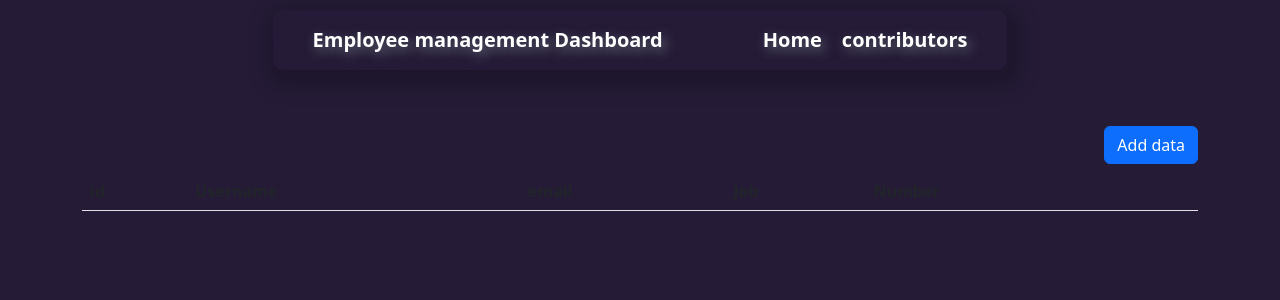
Repository: iamevs/Employee-Management-System
Page: /home (app in client/)
The author's editor kept a copy of each file at every save. The page is drawn from the files as they stood at one save, then again after the next save.
The browser window is 1280 px wide. The pictures show the whole page.
The page's requests for data from a server got no answer. The project was rebuilt for these pictures with package versions that can differ from the ones it lists, and the page was loaded fresh each time. No one was signed in, and anything a server would have sent is missing. Also part of the build but not shown: client/vite.config.js, client/src/components/Register.jsx, client/src/components/Edit.jsx, client/src/components/Hero.jsx. Imported but missing from the stored project, and not drawn on this page: client/src/components/Details.

Above is the page before, as saved 2022-11-28 23:37:54.

After the next save:
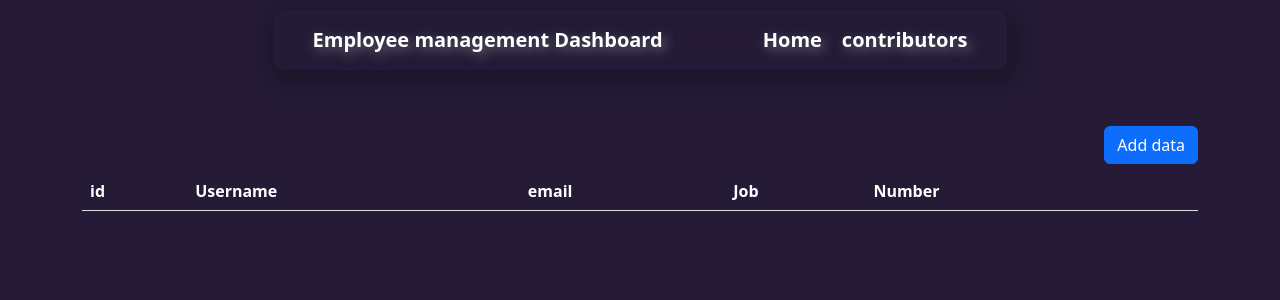
Saved 8 s later.
--- a/client/src/components/Home.jsx
+++ b/client/src/components/Home.jsx
@@ -111,7 +111,7 @@ const Home = () => {
 
                     <table class="table">
                         <thead>
-                            <tr className="table">
+                            <tr className="table text-white">
                                 <th scope="col">id</th>
                                 <th scope="col">Username</th>
                                 <th scope="col">email</th>
